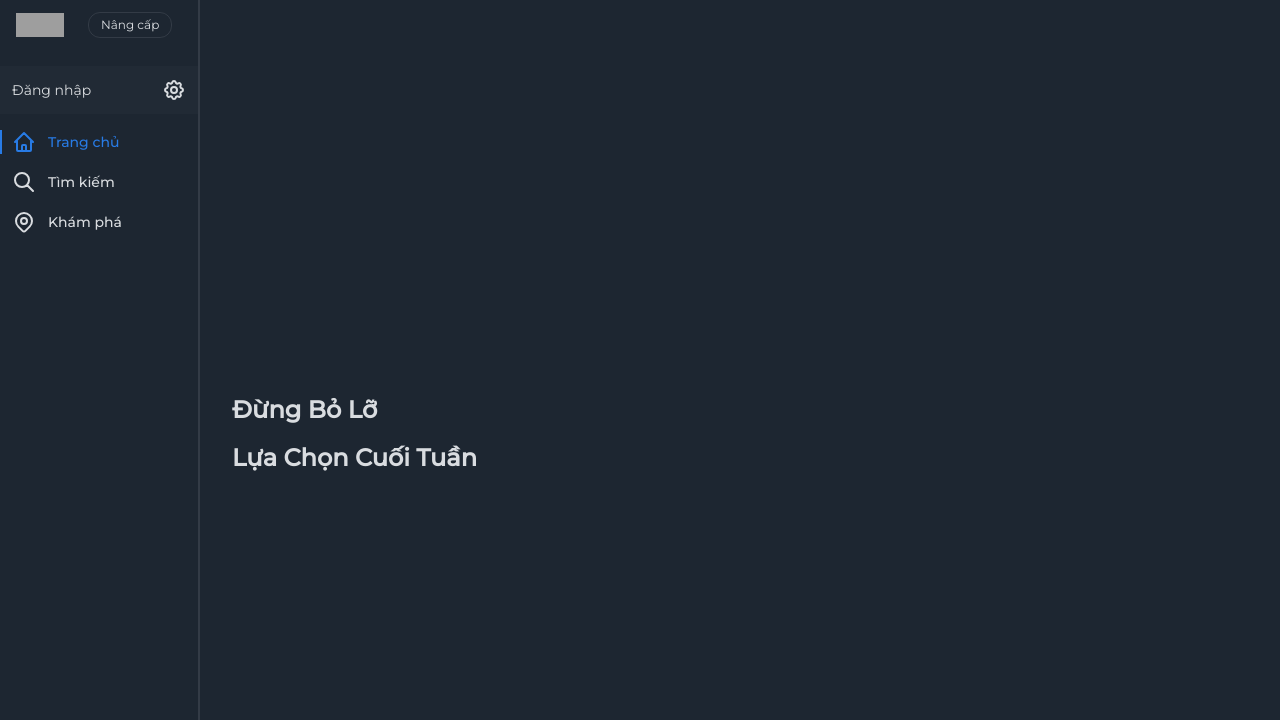
Repository: hoang0508/React-TypeScript-MP3
Page: /
These files come from the project's save history. The page is drawn as it stood at one moment and after the next save; the edit follows.
The browser window is 1280 px wide. The pictures show the whole page.
Pictures or frames that could not be fetched are drawn as grey boxes. The project was rebuilt for these pictures with package versions that can differ from the ones it lists, and the page was loaded fresh each time. Also part of the build but not shown: src/components/icon/IconDots.tsx, src/components/icon/IconDownLoad.tsx, src/components/icon/IconPlay.tsx, src/modules/music/MusicList.scss, src/modules/music/MusicItem.tsx.

Above is the page before, as saved 2022-07-30 14:59:03.

After the next save:
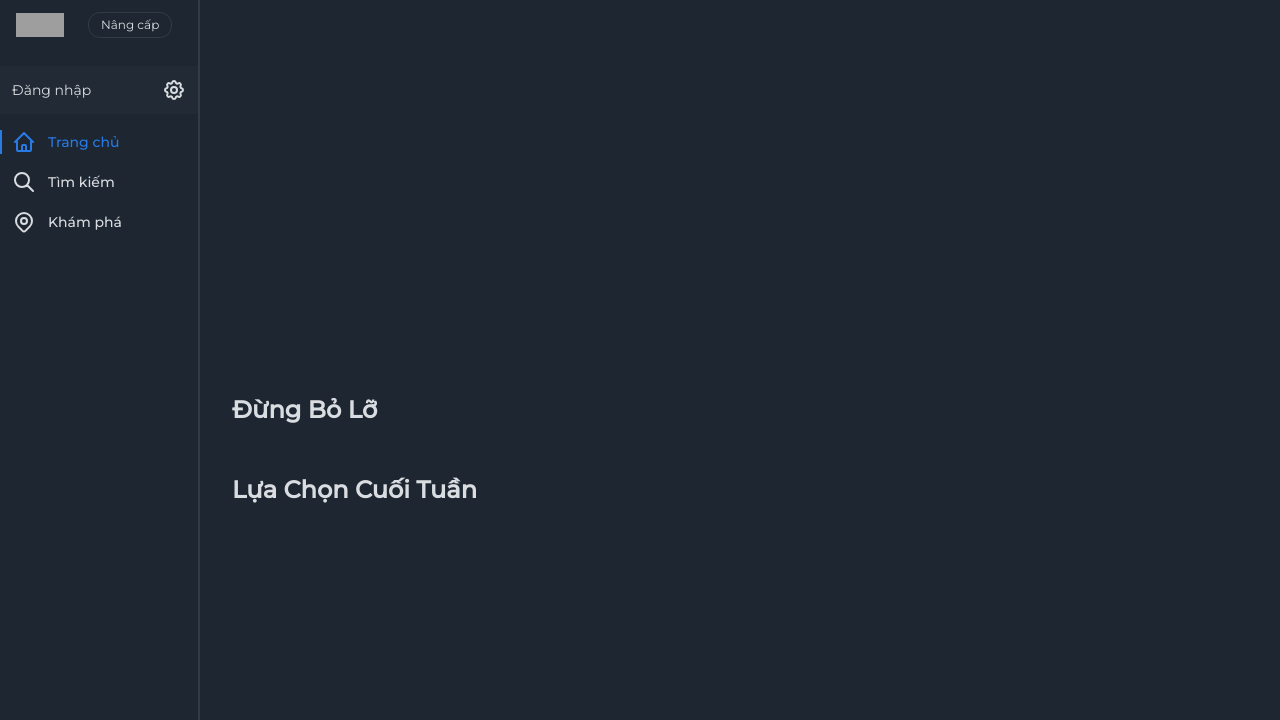
Saved 22 s later.
--- a/src/pages/HomePage.tsx
+++ b/src/pages/HomePage.tsx
@@ -1,5 +1,6 @@
 import * as React from "react";
 import { useDispatch } from "react-redux";
+import Gap from "../components/common/Gap";
 import HeadingLine from "../components/common/Headingline";
 import { LayoutMusicPage } from "../layout/LayoutMusicPage";
 import HomeBanner from "../modules/home/HomeBanner";
@@ -18,8 +19,10 @@ export default function HomePage(props: HomePageProps) {
       <HomeBanner></HomeBanner>
       <HeadingLine>Đừng bỏ lỡ</HeadingLine>
       <MusicListFeed heading="miss"></MusicListFeed>
+      <Gap />
       <HeadingLine>Lựa Chọn Cuối Tuần</HeadingLine>
       <MusicListFeed heading="select"></MusicListFeed>
+      <Gap />
     </LayoutMusicPage>
   );
 }
